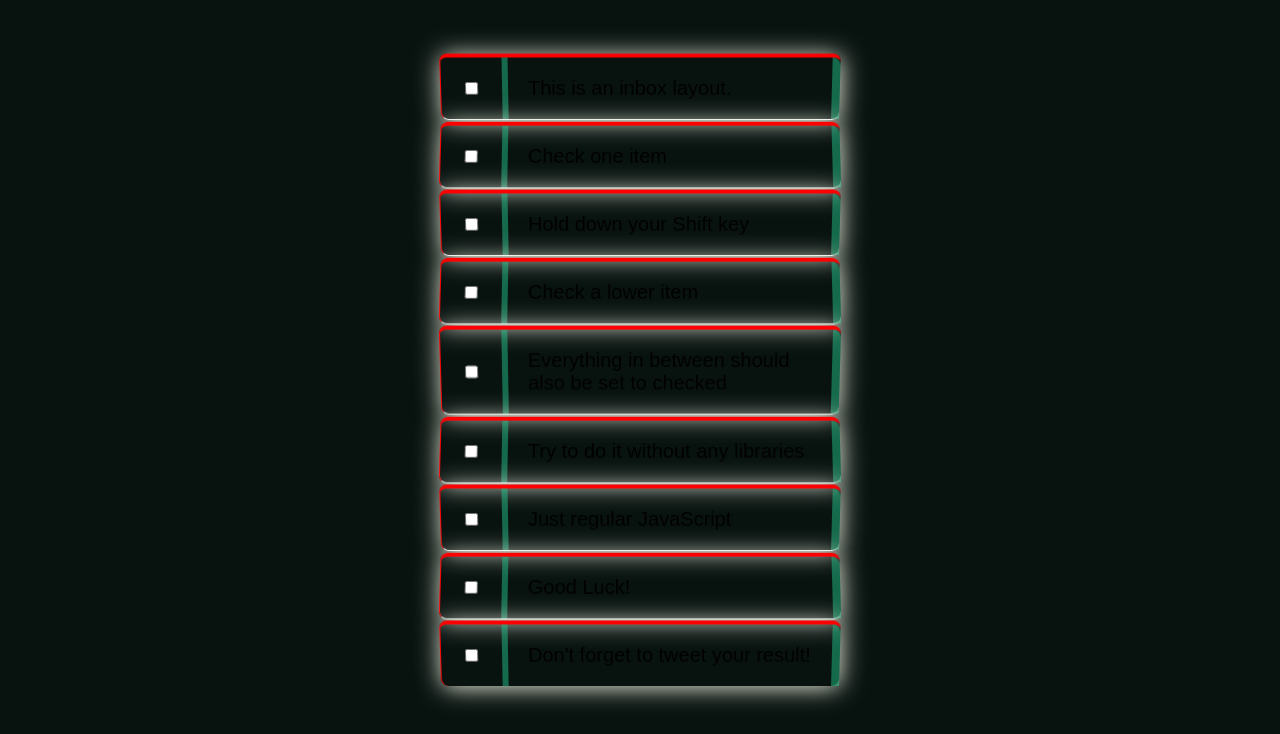
Repository: Freezler/Shift-Select-Checkboxes
Page: index.html
An editor plug-in stored every save of this project. The page is shown before and after the next save, followed by the edit.
The browser window is 1280 px wide. The pictures show the whole page.

Above is the page before, as saved 2024-09-07 22:47:56.

After the next save:
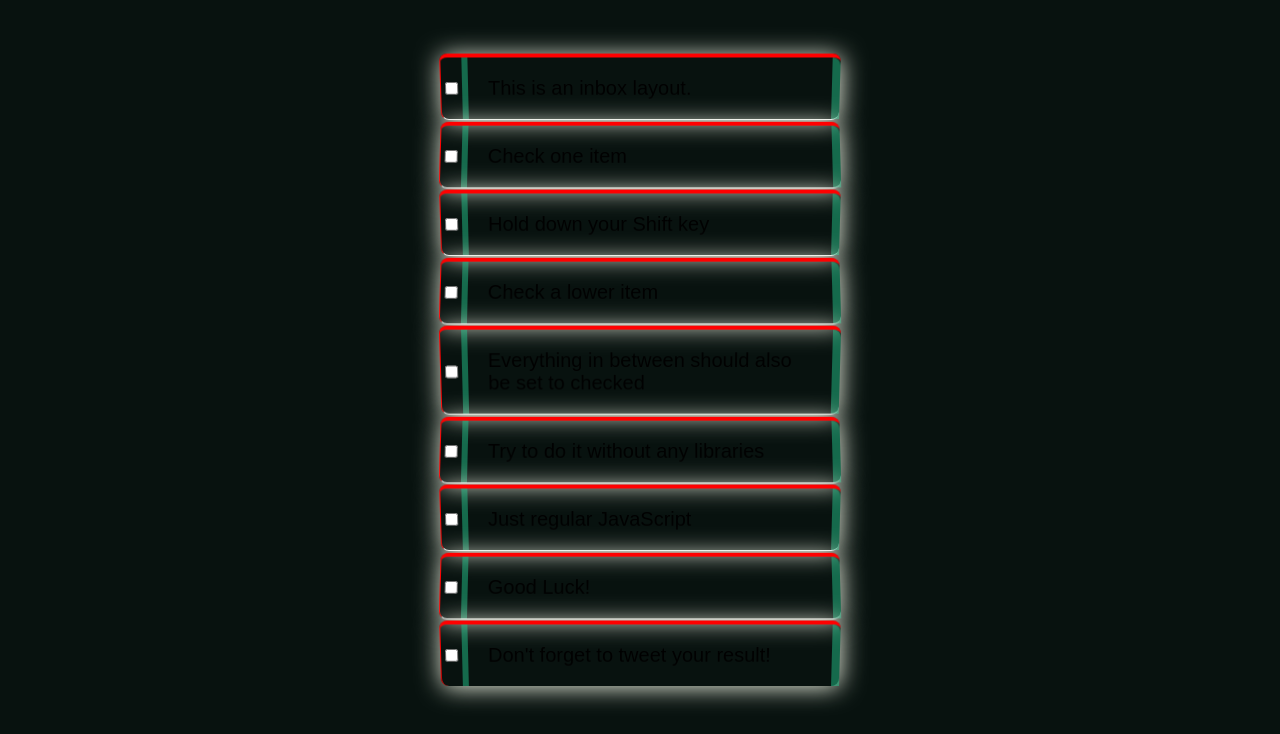
Saved 10 s later.
--- a/index.html
+++ b/index.html
@@ -44,8 +44,8 @@
 
 
     input[type="checkbox"] {
-      margin: 24px;
-      color: blue
+      margin: 4px;
+
     }
 
     input:checked+p {
